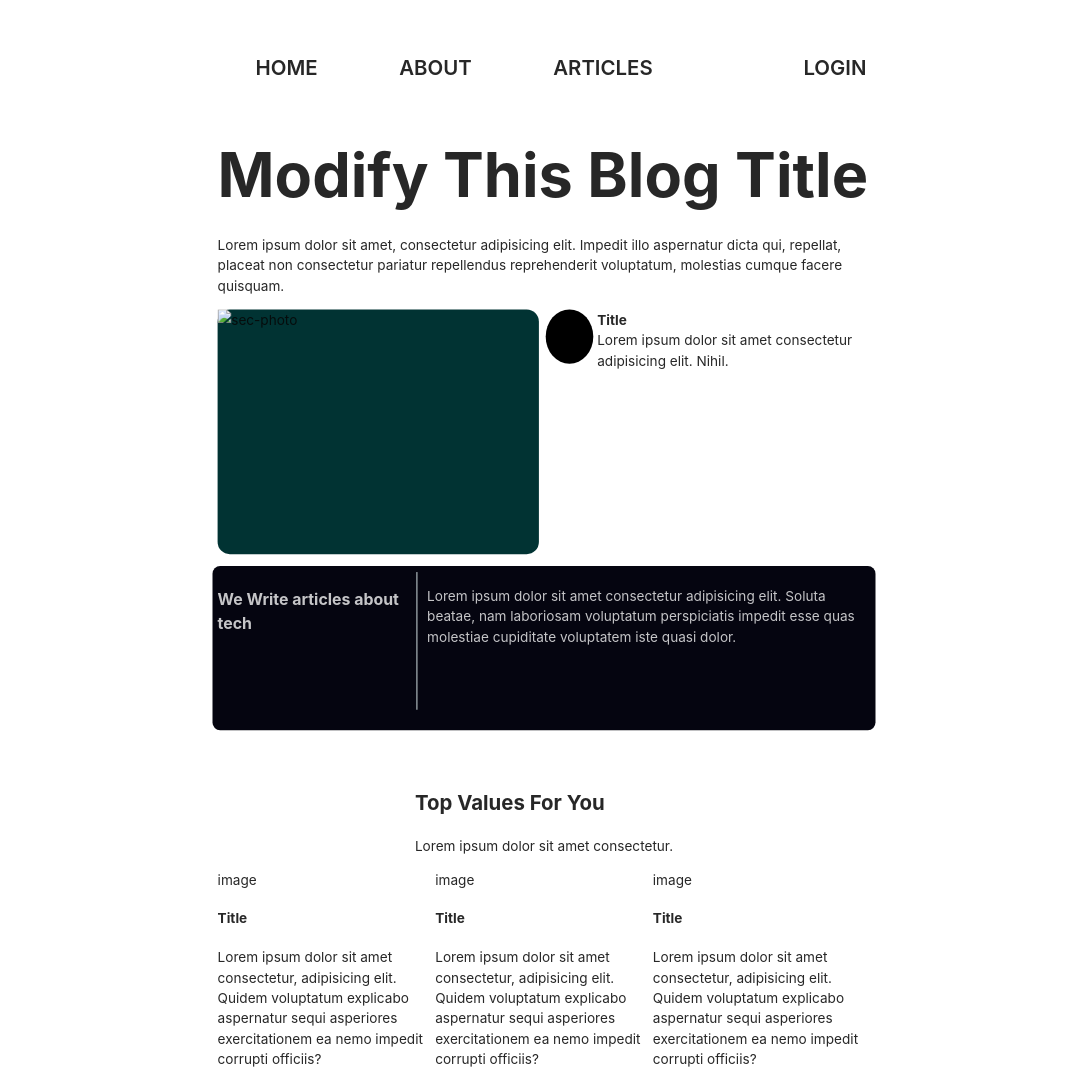
Repository: ValGrace/-static-site
Page: /home (app in client/)
These files come from the project's save history. The page is drawn as it stood at one moment and after the next save; the edit follows.
The browser window is 1280 px wide. The pictures show the whole page, at 85% of full size.
The project was rebuilt for these pictures with package versions that can differ from the ones it lists, and the page was loaded fresh each time. Also part of the build but not shown: client/vite.config.js, client/src/Utils/appwrite.js, client/src/Components/Inputs.css, client/src/Components/Login.jsx, client/src/Components/Signup.jsx.

Above is the page before, as saved 2023-02-05 12:53:22.

### client/src/main.jsx
import React from 'react'
import ReactDOM from 'react-dom/client'
import App from './App'
import './index.css'
import { BrowserRouter } from 'react-router-dom'
ReactDOM.createRoot(document.getElementById('root')).render(
  <React.StrictMode>
    <BrowserRouter>
    <App />
    </BrowserRouter>
  </React.StrictMode>,
)

### client/src/App.jsx
import PageRouter from './Routing/PageRouter'
import './App.css'

function App() {


  return (
    <div className="App">
      <PageRouter />
    </div>
  )
}

export default App

### client/src/index.css
:root {
  font-family: Inter, system-ui, Avenir, Helvetica, Arial, sans-serif;
  line-height: 1.5;
  font-weight: 400;

  color-scheme: light dark;
  color: rgba(7, 7, 7, 0.87);
  background-color: #ffffff;

  font-synthesis: none;
  text-rendering: optimizeLegibility;
  -webkit-font-smoothing: antialiased;
  -moz-osx-font-smoothing: grayscale;
  -webkit-text-size-adjust: 100%;
}

/* a {
  font-weight: 500;
  color: #646cff;
  text-decoration: inherit;
}
a:hover {
  color: #535bf2;
}

body {
  margin: 0;
  display: flex;
  place-items: center;
  min-width: 320px;
  min-height: 100vh;
}

h1 {
  font-size: 3.2em;
  line-height: 1.1;
}

button {
  border-radius: 8px;
  border: 1px solid transparent;
  padding: 0.6em 1.2em;
  font-size: 1em;
  font-weight: 500;
  font-family: inherit;
  background-color: #1a1a1a;
  cursor: pointer;
  transition: border-color 0.25s;
}
button:hover {
  border-color: #646cff;
}
button:focus,
button:focus-visible {
  outline: 4px auto -webkit-focus-ring-color;
}

@media (prefers-color-scheme: light) {
  :root {
    color: #213547;
    background-color: #ffffff;
  }
  a:hover {
    color: #747bff;
  }
  button {
    background-color: #f9f9f9;
  }
} */

### client/src/Routing/PageRouter.jsx
import Dashboard from "../Pages/Dashboard";
import HomePage from "../Pages/HomePage";
import { Routes, Route} from "react-router-dom"

const PageRouter = () => {
    return (
        <Routes>
            <Route path="/" element={<Dashboard />} />
            <Route path="/home" element={<HomePage />} />
        </Routes>
    )
}

export default PageRouter

### client/src/App.css
.App {
  display: flex;
  flex-direction: column;
  justify-content: center;
  align-items: center;
}

### client/src/Pages/Dashboard.jsx
import React, { useReducer} from 'react'
import Login from '../Components/Login'
import Signup from '../Components/Signup'
import "../Components/Inputs.css"
const initialState = {page : <Login />}
function reducer(state, action) {
    switch(action.type) {
        case 'loginpage':
          return { page: <Login />}
        case 'signuppage':
            return { page: <Signup />}
        default:
            return { page: <h2>Loading....</h2>}
    }
}
const Dashboard = () => {
    const [state, dispatch] = useReducer(reducer, initialState)
    return (
        <div className='dashboard'>
         <h2>Static Site Generator</h2>
         <div>Static site Image</div>
         <div className='dash' id='dash'>
            <div className='toggleForms'>
                <button onClick={() => dispatch({type: 'loginpage'})} className="type-btn">Login</button>
                <button onClick={() => dispatch({type: 'signuppage'})} className="type-btn">Signup</button>
                </div>
            <React.Fragment>{state.page}</React.Fragment>

            <button id="auth-btns">Login with Github account</button>
            <button id="auth-btns">Login with Google account</button>
         </div>
       </div>
    )
}

export default Dashboard

### client/src/Pages/HomePage.jsx
import Navbar from "../Components/Navbar"
import HomeSection from "../Components/HomeSection"
import TopSection from "../Components/TopSection"
const HomePage = () => {
    return (
        <>
         <Navbar />
         <TopSection />
         <HomeSection />
        </>
    )
}

export default HomePage

### client/src/Components/Navbar.jsx
import "./Navbar.css"
const Navbar = () => {
    return (
        <nav>
            <ul>
                <li>home</li>
                <li>about</li>
                <li>articles</li>
            </ul>
            <ul>
                <li>Login</li>
            </ul>
        </nav>
    )
}

export default Navbar

### client/src/Components/HomeSection.jsx
const HomeSection = () => {
   return (
    <>
    <div>
    <h2>Top Values For You</h2>
    <p>Lorem ipsum dolor sit amet consectetur.</p>
    </div>
    <div className="value-section">
        <div className="single-value">
            <div id="icon-section">image</div>
            <h4>Title</h4>
            <p>Lorem ipsum dolor sit amet consectetur, adipisicing elit. Quidem voluptatum explicabo aspernatur sequi asperiores exercitationem ea nemo impedit corrupti officiis?</p>
        </div>
        <div className="single-value">
            <div id="icon-section">image</div>
            <h4>Title</h4>
            <p>Lorem ipsum dolor sit amet consectetur, adipisicing elit. Quidem voluptatum explicabo aspernatur sequi asperiores exercitationem ea nemo impedit corrupti officiis?</p>
        </div>
        <div className="single-value">
            <div id="icon-section">image</div>
            <h4>Title</h4>
            <p>Lorem ipsum dolor sit amet consectetur, adipisicing elit. Quidem voluptatum explicabo aspernatur sequi asperiores exercitationem ea nemo impedit corrupti officiis?</p>
        </div>
    </div>
    </>
   )
}

export default HomeSection

### client/src/Components/TopSection.jsx
const TopSection = () => {
    return (
      <>
      <div className="top-text" id="top-text">
      <h2>Modify this blog title</h2>
      <p>Lorem ipsum dolor sit amet, consectetur adipisicing elit. Impedit illo aspernatur dicta qui, repellat, placeat non consectetur pariatur repellendus reprehenderit voluptatum, molestias cumque facere quisquam.</p>
      </div>
      <div className="head-section">
        <div className="head-img">
            <img src="" alt="sec-photo" />
        </div>
        <div className="side-section">
            <div className="side-img">
                <img src="" alt=""/>
            </div>
            <div className="side-blogs">
                <h4>Title</h4>
                <p>Lorem ipsum dolor sit amet consectetur adipisicing elit. Nihil.</p>
            </div>
        </div>
      </div>
      <div className="site-descr">
        <h3>We Write articles about tech</h3>
        <div className="site-sep"></div>
        <p>Lorem ipsum dolor sit amet consectetur adipisicing elit. Soluta beatae, nam laboriosam voluptatum perspiciatis impedit esse quas molestiae cupiditate voluptatem iste quasi dolor.</p>
      </div>
      </>
    )
}

export default TopSection

### client/src/Components/Navbar.css
nav {
    width: 70vw;
    height: 20vh;
    display: flex;
}

nav > ul{
  display: flex;
  flex-direction: row;
  text-transform: uppercase;
  list-style-type: none;
  justify-content: center;
  align-items: center;
  gap: 4em;
  font-weight: 600;
  font-size: 1.5rem;
  flex-grow: 1;
}

#top-text {
    width: 60vw;
}

#top-text > h2 {
    font-size: 4.5rem;
    text-transform: capitalize;
    margin: 0;
    /* float: left; */
}

#top-text > p {
    float: right;

}

.head-section {
    display: flex;
    width: 60vw;
    gap: 0.5em;
}

.head-img {
    background-color: rgb(1, 51, 51);
    width: 70%;
    border-radius: 0.9em;
    height: 40vh;
}

.side-section {
    display: flex;
    flex-direction: row;
    gap: 0.3rem;
}

.side-img {
    background-color: black;
    width: 5rem;
    height: 4rem;
    border-radius: 50%;
}

.side-blogs > h4, .side-blogs > p {
    margin: 0;
}

.site-descr {
    width: 60vw;
    background-color: rgba(1, 1, 12, 0.979);
    color: rgba(255, 255, 255, 0.767);
    border-radius: 9px;
    margin-top: 0.9rem;
    display: flex;
    /* gap: 0.4rem; */
    padding: 0.4rem;
    height: 25vh;
    margin-bottom: 3em;
}

.site-descr > p {
    width: 75%;
}
.site-sep {
    width: 0.1rem;
    height: 90%;
    background-color: azure;
    margin-right: 0.7rem;
}


.value-section {
   width: 60vw;
    display: flex;
}

Loaded but not shown: client/index.html (common file)

After the next save:
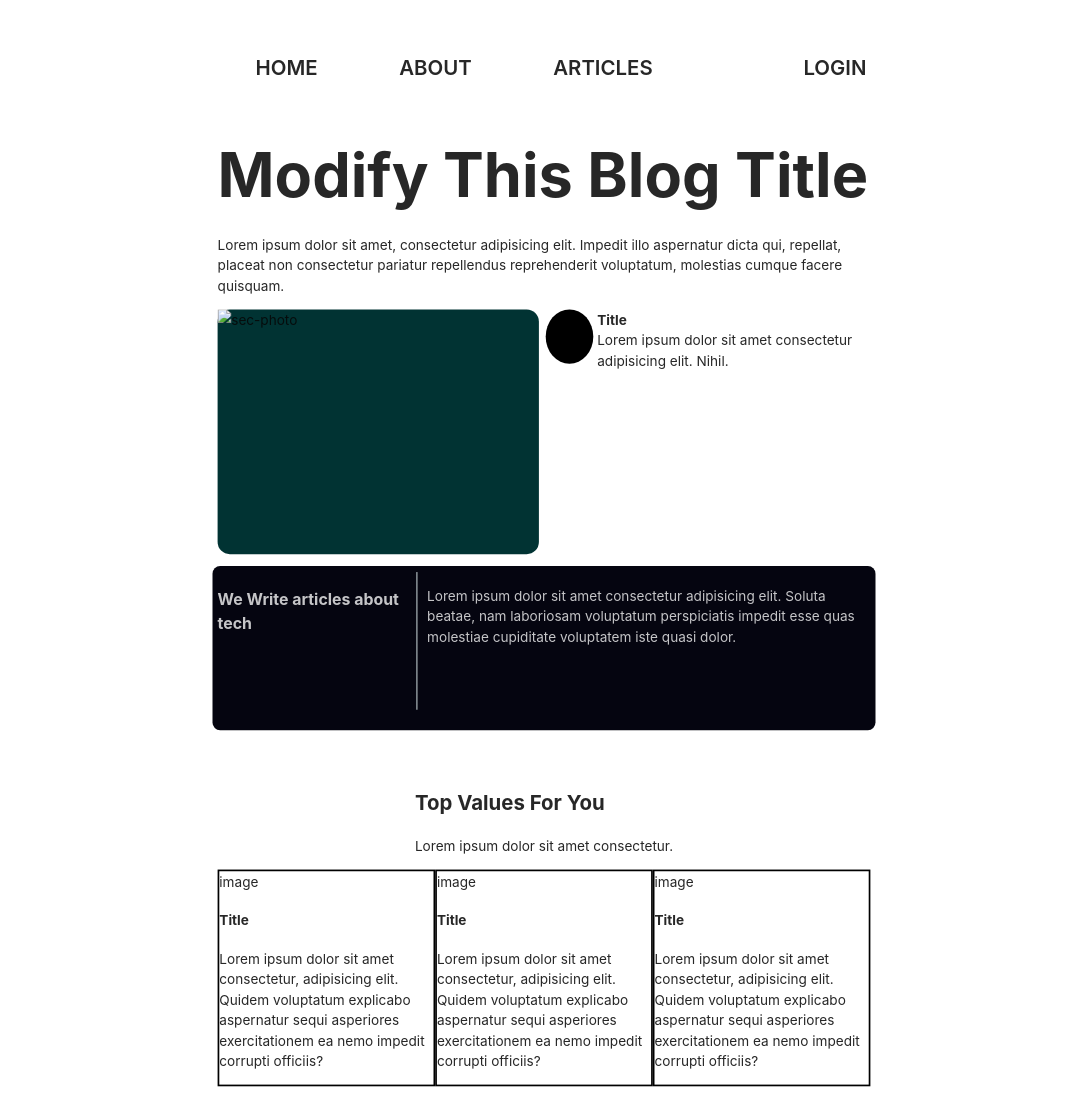
Saved 34 s later.
--- a/client/src/Components/Navbar.css
+++ b/client/src/Components/Navbar.css
@@ -91,3 +91,7 @@ nav > ul{
    width: 60vw;
     display: flex;
 }
+
+.single-value {
+    border: 2px solid black;
+}
